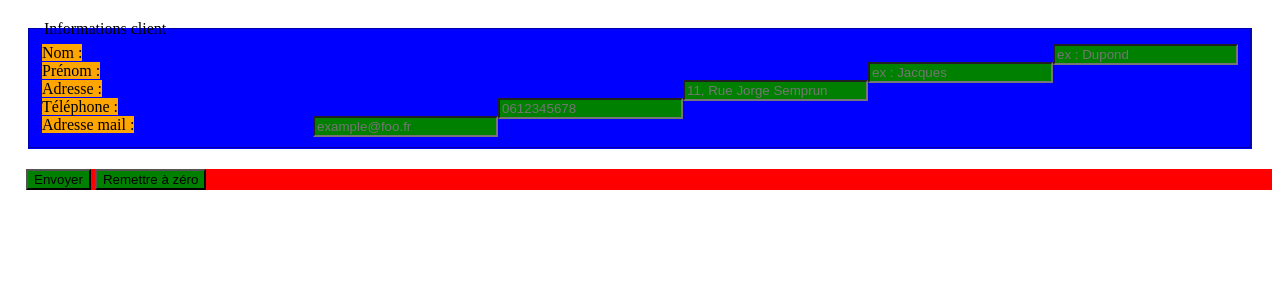
Repository: big73/NFE114
Page: http://localhost/Seance4-step1/
These files come from the project's save history. The page is drawn as it stood at one moment and after the next save; the edit follows.
The browser window is 1280 px wide. The pictures show the whole page.
The page is served by Tomcat 9. Other server files are loaded and not shown.

Above is the page before, as saved 2015-12-30 14:46:17.

### Seance4-step1/WebContent/formClient.jsp
<%@ page language="java" contentType="text/html; charset=UTF-8"
    pageEncoding="UTF-8"%>
<!DOCTYPE html PUBLIC "-//W3C//DTD HTML 4.01 Transitional//EN" "http://www.w3.org/TR/html4/loose.dtd">
<html>
<head>
<meta http-equiv="Content-Type" content="text/html; charset=UTF-8">
<title>Insert title here</title>
<link rel="stylesheet" href="css/style.css">
</head>
<body>

	<form>
		<fieldset>
		<legend>Informations client</legend>

			<label>Nom : </label>
			<input class="saisie" type="text" placeholder="ex : Dupond" name="nom"><br>

			<label>Prénom : </label>
			<input class="saisie" type="text" placeholder="ex : Jacques" name="prenom"><br>

			<label>Adresse : </label>
			<input class="saisie" type="text" placeholder="11, Rue Jorge Semprun" name="adresse"><br>

			<label>Téléphone : </label>
			<input class="saisie" type="text" placeholder="0612345678" name="phone"><br>

			<label>Adresse mail : </label>
			<input class="saisie" type="email" placeholder="example@foo.fr" name="mail"><br>

		</fieldset>

		<div class="actionneur">
			<input type="submit" value="Envoyer">
			<input type="reset" value="Remettre à zéro">
		</div>
	</form>

</body>
</html>

### Seance4-step1/WebContent/WEB-INF/taglibs.jsp
<%@ page language="java" contentType="text/html; charset=UTF-8" pageEncoding="UTF-8"%>
<%@ taglib uri="http://java.sun.com/jsp/jstl/core" prefix="c" %>
<%@ taglib uri="http://java.sun.com/jsp/jstl/functions" prefix="fn" %>
<!DOCTYPE html PUBLIC "-//W3C//DTD HTML 4.01 Transitional//EN" "http://www.w3.org/TR/html4/loose.dtd">
<html>
<head>
<meta http-equiv="Content-Type" content="text/html; charset=UTF-8">
<title>Taglibs Repo</title>
</head>
<body>

</body>
</html>

### Seance4-step1/WebContent/css/style.css
.actionneur
{
	margin-left : 18px;
	background-color: red;
}

fieldset {
    border-color: blue;
    margin : 20px;
    padding : px;
    background-color: blue;
}

input
{

    background-color: green;
}

.saisie
{
	float : right;
	rposition: center;
}

label
{
	background-color: orange;
}

After the next save:
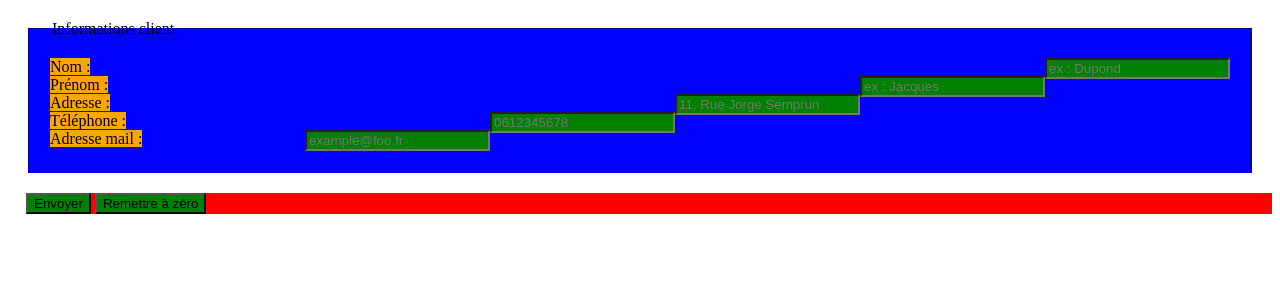
Saved 17 s later.
--- a/Seance4-step1/WebContent/css/style.css
+++ b/Seance4-step1/WebContent/css/style.css
@@ -7,7 +7,7 @@
 fieldset {
     border-color: blue;
     margin : 20px;
-    padding : px;
+    padding : 20px;
     background-color: blue;
 }
 
